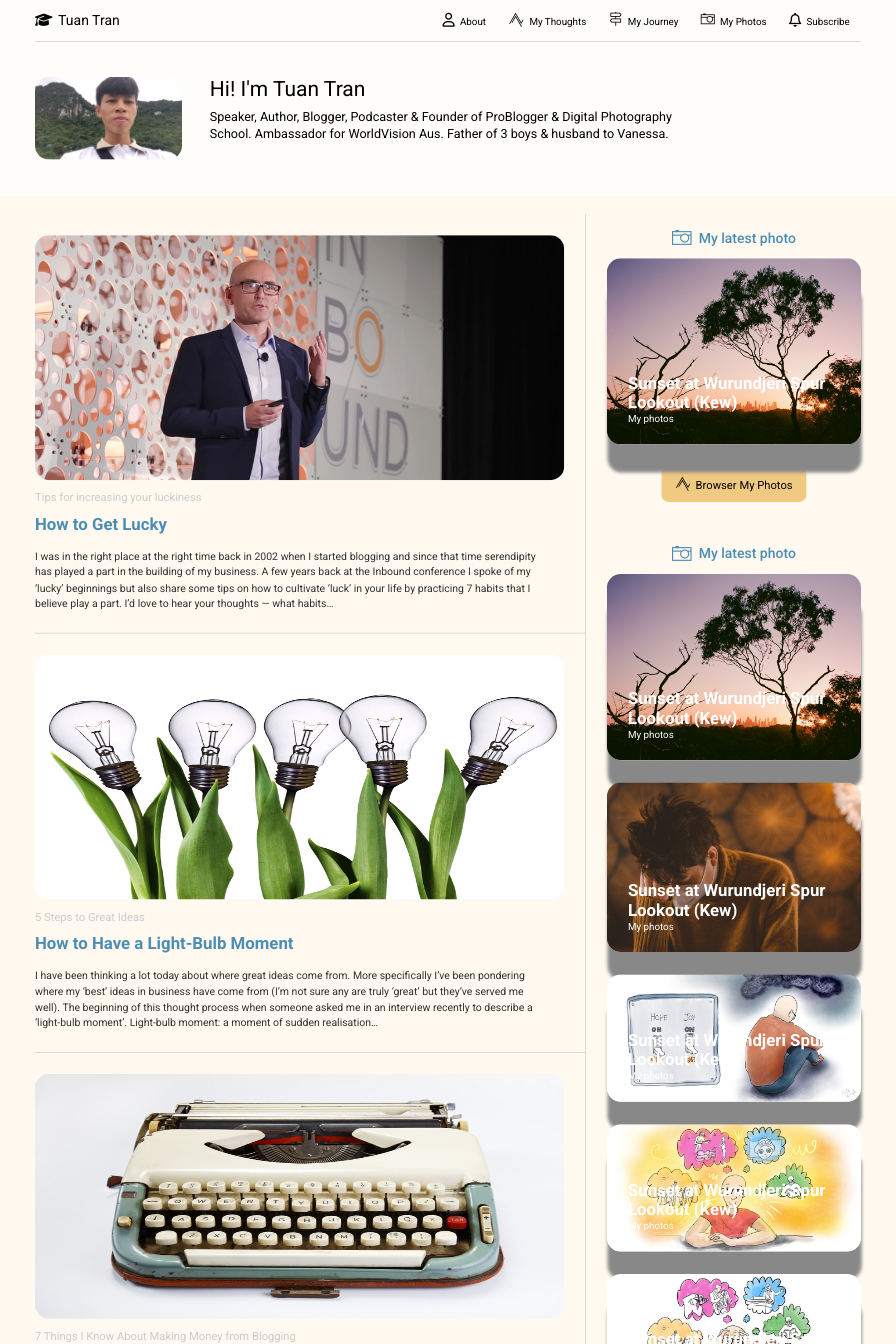
Repository: TranDinhTuann/Blog-Demo
Page: index.html
An editor plug-in stored every save of this project. The page is shown before and after a run of saves, followed by the edit.
The browser window is 1280 px wide. The pictures show the part of the page from y = 0 to 1920 px (the page is 2830 px tall), at 70% of full size.

Above is the page before, as saved 2023-03-22 21:42:43.

### index.html
<!DOCTYPE html>
<html lang="en">
<head>
    <meta charset="UTF-8">
    <meta http-equiv="X-UA-Compatible" content="IE=edge">
    <meta name="viewport" content="width=device-width, initial-scale=1.0">
    <title>Blog của Tuấn</title>
    <link rel="stylesheet" href="./assets/css/base.css">
    <link rel="stylesheet" href="./assets/css/main.css">
    <link rel="stylesheet" href="https://cdnjs.cloudflare.com/ajax/libs/normalize/8.0.1/normalize.min.css">
    <link rel="stylesheet" href="./assets/fonts/fontawesome-free-6.2.1-web/css/all.min.css">
    <link rel="stylesheet" href="./assets/fonts/themify-icons/themify-icons.css">
    <link rel="preconnect" href="https://fonts.googleapis.com"><link rel="preconnect" href="https://fonts.gstatic.com" crossorigin><link href="https://fonts.googleapis.com/css2?family=Roboto:wght@300;400;500;700&display=swap" rel="stylesheet">
</head>
<body>
    <div class="app">
        <div class="header">
            <nav class="navbar">
                <a class="navbar__head">
                    <i class="navbar__head-icon fa-solid fa-graduation-cap"></i>
                    <div class="navbar__name">Tuan Tran</div>
                </a>

                <ul class="navbar__list">
                    <li class="navbar__list-item">
                        <a href="" class="navbar__list-item-link">
                            <i class="navbar__list-item-icon fa-regular fa-user"></i>
                            <span class="navbar__list-item-text">About</span>
                        </a>
                    </li>
                    <li class="navbar__list-item">
                        <a href="" class="navbar__list-item-link">
                            <i class="navbar__list-item-icon fa-brands fa-think-peaks"></i>
                            <span class="navbar__list-item-text">My Thoughts</span>
                        </a>
                    </li>
                    <li class="navbar__list-item">
                        <a href="" class="navbar__list-item-link">
                            <i class="navbar__list-item-icon ti-direction-alt"></i>
                            <span class="navbar__list-item-text">My Journey</span>
                        </a>
                    </li>
                    <li class="navbar__list-item">
                        <a href="" class="navbar__list-item-link">
                            <i class="navbar__list-item-icon ti-camera"></i>
                            <span class="navbar__list-item-text">My Photos</span>
                        </a>
                    </li>
                    <li class="navbar__list-item">
                        <a href="" class="navbar__list-item-link">
                            <i class="navbar__list-item-icon fa-regular fa-bell"></i>
                            <span class="navbar__list-item-text">Subscribe</span>
                        </a>
                    </li>
                </ul>
            </nav>

            <div class="intro">
                <div class="intro__img">
                    <img src="./assets/img/logo.JPG" alt="" class="intro__img-image">
                </div>
                <div class="intro__text">
                    <div class="intro__head">Hi! I'm Tuan Tran </div>
                    <div class="intro__des">Speaker, Author, Blogger, Podcaster & Founder of ProBlogger & Digital Photography School. Ambassador for WorldVision Aus. Father of 3 boys & husband to Vanessa.</div>
                </div>
            </div>
        </div>

        <div class="grid">
            <div class="grid1">
                <div class="content">
                    <div class="columns">
                        <div class="img-human">
                            <img class="img-ong" src="./assets/img/slider/human1.png" alt="">
                        </div>
                        <div class="column-text">
                            <p class="des">Tips for increasing your luckiness</p>
                            <div class="heading">How to Get Lucky</div>
                            <div class="sub-heading">I was in the right place at the right time back in 2002 when I started blogging and since that time serendipity has played a part in the building of my business. A few years back at the Inbound conference I spoke of my ‘lucky’ beginnings but also share some tips on how to cultivate ‘luck’ in your life by practicing 7 habits that I believe play a part. I’d love to hear your thoughts — what habits…</div>
                        </div>
                    </div>
                    <div class="columns">
                        <div class="img-human">
                            <img class="img-ong" src="./assets/img/slider/human2.jpg" alt="">
                        </div>
                        <div class="column-text">
                            <p class="des">5 Steps to Great Ideas</p>
                            <div class="heading">How to Have a Light-Bulb Moment</div>
                            <div class="sub-heading">I have been thinking a lot today about where great ideas come from. More specifically I’ve been pondering where my ‘best’ ideas in business have come from (I’m not sure any are truly ‘great’ but they’ve served me well). The beginning of this thought process when someone asked me in an interview recently to describe a ‘light-bulb moment’. Light-bulb moment: a moment of sudden realisation…</div>
                        </div>
                    </div>
                    <div class="columns">
                        <div class="img-human">
                            <img class="img-ong" src="./assets/img/slider/human3.jpg" alt="">
                        </div>
                        <div class="column-text">
                            <p class="des">7 Things I Know About Making Money from Blogging</p>
                            <div class="heading">Can You REALLY Make Money Blogging?</div>
                            <div class="sub-heading">Can You REALLY Make Money Blogging? 7 Things I Know About Making Money from Blogging Every now and again I am pulled aside at a conference or am emailed and/or tweeted by someone wanting to get the “real” scoop on whether it is possible to make money blogging. Is it really possible to make a living from blogging? Is it just a small number of people making money from blogging? Is it only really…</div>
                        </div>
                    </div>
                    <div class="columns no--border">
                        <div class="img-human">
                            <img class="img-ong" src="./assets/img/slider/human4.png" alt="">
                        </div>
                        <div class="column-text">
                            <p class="des">Writing tips from a professional blogger</p>
                            <div class="heading">20 Quick Tips on Writing Great Blog Posts</div>
                            <div class="sub-heading">Tell your story — it is what makes your content unique Share how you feel — it will take your readers to a deeper place You’ll never please everyone — the sooner you come to peace with this, the better Write about things that matter to you — passion is infectious Inform, Inspire and Interact — aim to do these things every week! Experiment with different styles of writing — it will help you find…</div>
                        </div>
                    </div>
                    <div class="btn-content">
                        <button class="btn-thought">
                            <i class="navbar__list-item-icon fa-brands fa-think-peaks"></i>
                            <span class="my-thoughts">Browser My Thoughts</span>
                        </button>
                    </div>
                </div>

                <div class="sitebar">
                    <div class="row">
                        <div class="row-head">
                            <i class="row-icon ti-camera"></i>
                            <div class="row-heading">My latest photo</div>
                        </div>
                        <div class="row-img">
                            <img src="./assets/img/slider/nature1.jpg" alt="" class="img-nature">
                            <div class="row-text">
                                <div class="text-heading">Sunset at Wurundjeri Spur Lookout (Kew)</div>
                                <div class="text-des">My photos</div>
                            </div>
                        </div>
                    </div>

                    <div class="row">
                        <div class="btn-content">
                            <button class="btn-thought">
                                <i class="navbar__list-item-icon fa-brands fa-think-peaks"></i>
                                <span class="my-thoughts">Browser My Photos</span>
                            </button>
                        </div>
                    </div>

                    <div class="row">
                        <div class="row-head">
                            <i class="row-icon ti-camera"></i>
                            <div class="row-heading">My latest photo</div>
                        </div>
                        <div class="row-img">
                            <img src="./assets/img/slider/nature1.jpg" alt="" class="img-nature">
                            <div class="row-text">
                                <div class="text-heading">Sunset at Wurundjeri Spur Lookout (Kew)</div>
                                <div class="text-des">My photos</div>
                            </div>
                        </div>
                        <div class="row-img">
                            <img src="./assets/img/slider/nature2.jpg" alt="" class="img-nature">
                            <div class="row-text">
                                <div class="text-heading">Sunset at Wurundjeri Spur Lookout (Kew)</div>
                                <div class="text-des">My photos</div>
                            </div>
                        </div>
                        <div class="row-img">
                            <img src="./assets/img/slider/nature3.jpg" alt="" class="img-nature">
                            <div class="row-text">
                                <div class="text-heading">Sunset at Wurundjeri Spur Lookout (Kew)</div>
                                <div class="text-des">My photos</div>
                            </div>
                        </div>
                        <div class="row-img">
                            <img src="./assets/img/slider/nature4.jpg" alt="" class="img-nature">
                            <div class="row-text">
                                <div class="text-heading">Sunset at Wurundjeri Spur Lookout (Kew)</div>
                                <div class="text-des">My photos</div>
                            </div>
                        </div>
                        <div class="row-img">
                            <img src="./assets/img/slider/nature5.jpg" alt="" class="img-nature">
                            <div class="row-text">
                                <div class="text-heading">Sunset at Wurundjeri Spur Lookout (Kew)</div>
                                <div class="text-des">My photos</div>
                            </div>
                        </div>
                        <div class="row-img">
                            <img src="./assets/img/slider/nature5.jpg" alt="" class="img-nature">
                            <div class="row-text">
                                <div class="text-heading">Sunset at Wurundjeri Spur Lookout (Kew)</div>
                                <div class="text-des">My photos</div>
                            </div>
                        </div>
                    </div>
                </div>
            </div>
        </div>

        <footer class="footer">

        </footer>
    </div>
</body>
</html>

### assets/css/base.css
:root {
    --white-color: #fff;
    --black-color: #000;
    --text-color: #333;
    --primary-color: #fff9ef;
    --header-primary-color: rgb(255, 253, 249);
}

* {
    box-sizing: inherit;
}

html {
    /* hack */
    font-size: 62.5%;
    line-height: 1.6rem;
    font-family: 'Roboto', sans-serif;
    box-sizing: border-box;
}

@keyframes fadeIn {
    from{
        opacity: 0;
    }
    to{
        opacity: 1;
    }
}

@keyframes growth {
    from{
        transform: calc(0);
    }
    to{
        transform: calc(1);
    }
}

img{
    width: 100%;
    border-radius: 20px;
}
.img-ong{
    height: 350px;
    display: block;
}
.img-human{
    margin-right: 30px;
    height: 350px;
    display: block;
}
a{
    display: block;
    cursor: pointer;
}

### assets/css/main.css
.app{
    height: 1000px;
    background-color: rgb(255, 253, 249);
}

.header{
    height: 280px;
    margin: 0 50px;
}

.navbar{
    height: 60px;
    border-bottom: 1px solid #ccc;
    display: flex;
    align-items: center;
    justify-content: space-between;
}

.navbar__head-icon {
    font-size: 2rem;
    margin-right: 8px;
}

.navbar__name {
    font-size: 2rem;

}

.navbar__head {
    display: flex;
}

.navbar__head:hover {
    cursor: pointer;
    opacity: 0.5;
}

.navbar__list {
    display: flex;
    list-style: none;
    font-size: 1.4rem;
}

.navbar__list-item {
    padding: 0 16px;
    line-height: 60px;
}

.navbar__list-item:hover {
    cursor: pointer;
    opacity: 0.5;
}

.navbar__list-item-link {
    color: #000;
    text-decoration: none;
}

.navbar__list-item-icon{
    font-size: 2rem;
    padding-right: 4px;
}


.intro {
    display: flex;
    margin-top: 50px;
}

.intro__img {
    width: 30%;
    height: 50px;
}

.intro__img-image {
    width: 100%;
    background-size:cover;
}

.intro__text{
    padding-left: 40px;
}

.intro__head {
    font-size: 3rem;
}

.intro__des {
    font-size: 1.8rem;
    padding: 10px 250px 0 0;
    line-height: 2.4rem;
}


/* Grid */
.grid {
    background-color: rgb(255, 249, 239);
    /* height: 6000px; */
    /* display: flex; */
}
.grid1  {
    margin: 0 50px;
    display: flex;
    padding-top: 26px;
}
.content {
    border-right: 1px solid #ccc;
    /* height: 600px; */
    flex: 2;
}
.columns {
    padding: 30px 0;
    border-bottom: 1px solid #ccc;
    cursor: pointer;
}
.columns.no--border{
    border: none;
}
.sitebar {
    flex: 1;
}

.column-text{
    padding: 0 50px 0 0;
}
.des{
    font-size: 16px;
    color: #ccc;
}
.heading {
    font-size: 24px;
    font-weight: 700;
    color: #4c8eb3;
}
.sub-heading {
    color: #333333;
    font-size: 15px;
    padding-top: 20px;
    line-height: 1.5;
}
.btn-content{
    display: flex;
    align-items: center;
    justify-content: center;
    color: #000;
    padding-bottom: 30px;
}
.btn-thought {
    padding: 14px 20px;
    display: block;
    background-color: rgb(241, 202, 130);
    outline: none;
    border: none;
    border-radius: 10px;
}
.btn-thought:hover{
    background-color:  rgba(241, 202, 130, 0.6);
}
.my-thoughts{
    font-size: 16px;
}

/* sitebar */
.row{
    margin: 20px 0 30px 30px;
}
.row-head {
    display: flex;
    align-items: center;
    justify-content: center;
    color: #4c8eb3;
    padding-bottom: 15px;
}
.row-icon{
    font-size: 28px;
    margin-right: 10px;
}
.row-heading{
    font-size: 20px;
    font-weight: 500;
}
.row-img{
    position: relative;
    margin-bottom: 30px;
}
.row-text{
    position: absolute;
    bottom: 30px;
    left: 30px;
    color: #fff;
}
.text-heading{
    font-size: 24px;
    font-weight: 1000;
}
.text-des{
    font-size: 14px;
    line-height: 18px;
}
.img-nature{
    box-shadow: 1px 40px 5px #888888;
}

/* footer */
.footer{
    height: 50px;
}

Loaded but not shown: assets/fonts/fontawesome-free-6.2.1-web/css/all.min.css (library); assets/fonts/themify-icons/themify-icons.css (common file)

After the next 2 saves:
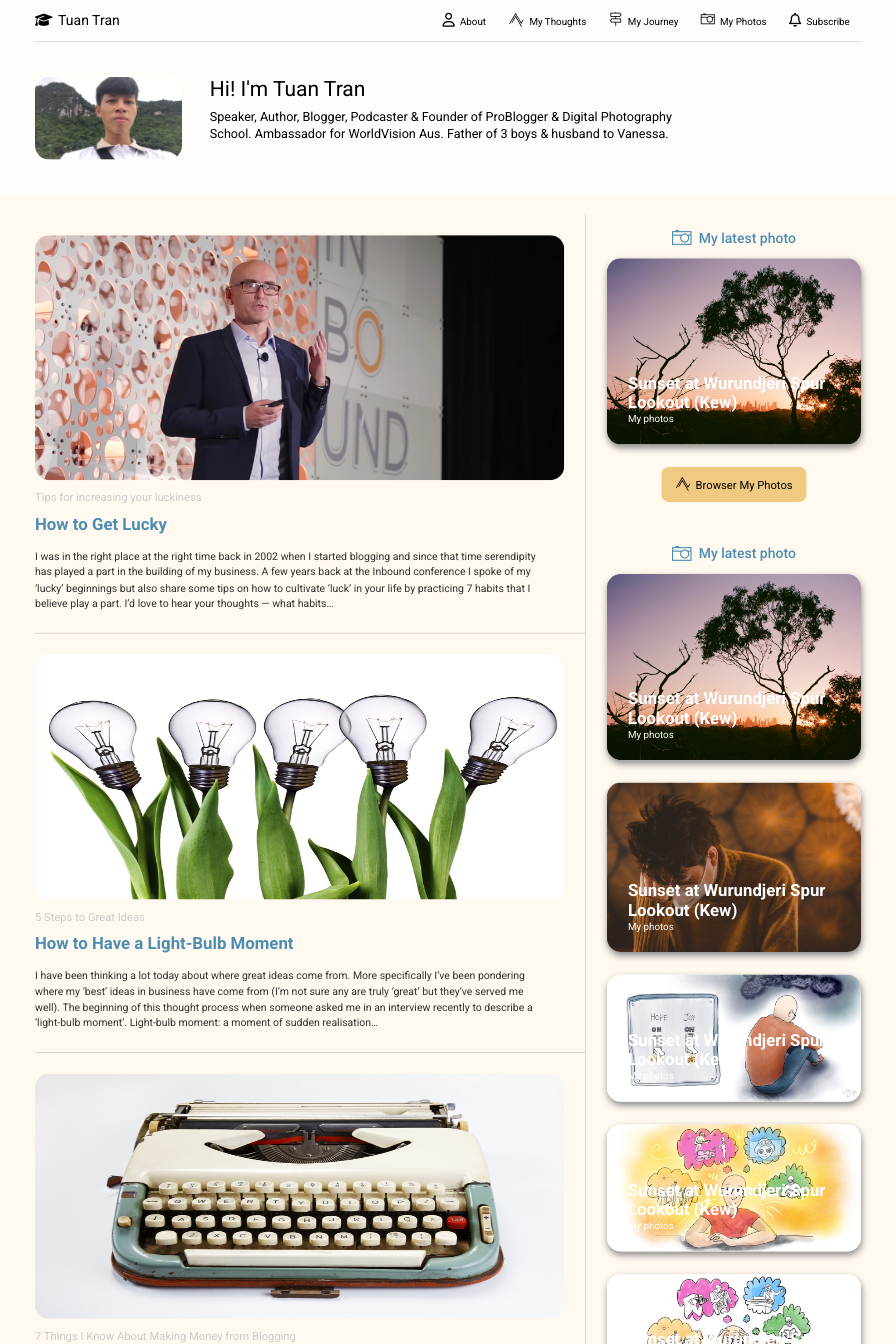
The 2 saves are shown as one change because they came seconds apart.
The last was saved 11 s later.
--- a/assets/css/main.css
+++ b/assets/css/main.css
@@ -198,7 +198,7 @@
     line-height: 18px;
 }
 .img-nature{
-    box-shadow: 1px 40px 5px #888888;
+    box-shadow: 1px 5px 10px #888888;
 }
 
 /* footer */
